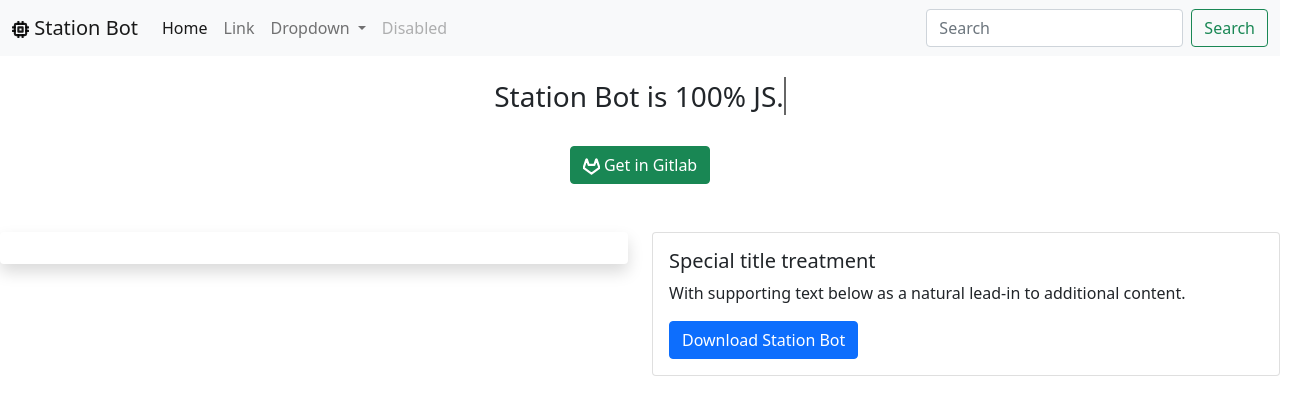
Repository: Valenplayer3000/StationBot-Web
Page: index.html
An editor plug-in stored every save of this project. The page is shown before and after the next save, followed by the edit.
The browser window is 1280 px wide. The page is 1292 px wide, so the pictures cover 1292 px, including what lies to the right of the window. The pictures show the whole page.
Some web libraries are served in a nearby version.

Above is the page before, as saved 2021-11-01 13:06:00.

After the next save:
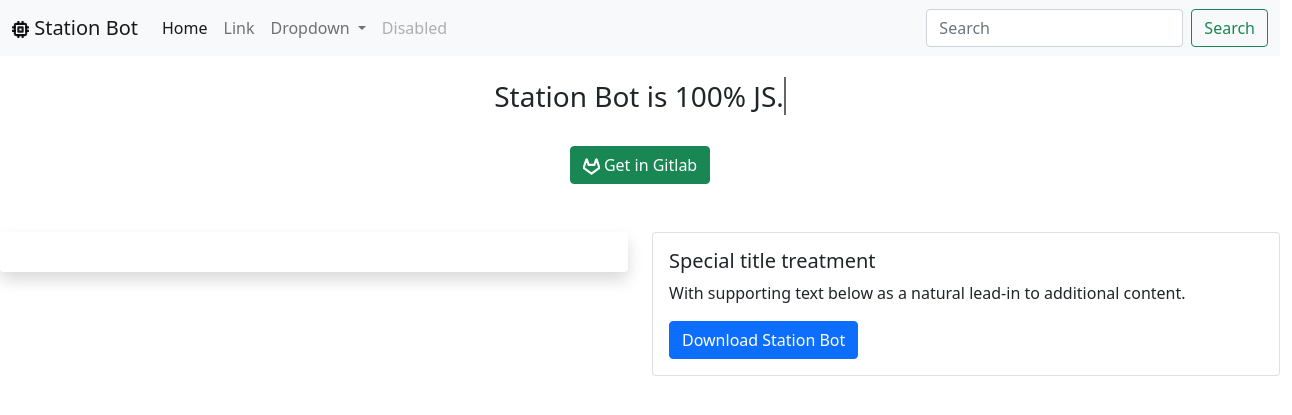
Saved 26 s later.
--- a/index.html
+++ b/index.html
@@ -65,7 +65,9 @@
   <br>
     <div class="row">
         <div class="col-sm-6">
-          <div class="shadow p-3 mb-5 bg-body rounded"></div>
+          <div class="shadow p-3 mb-5 bg-body rounded">
+            <h3 class="card-title"></h3>
+          </div>
         </div>
         <div class="col-sm-6">
           <div class="card">
